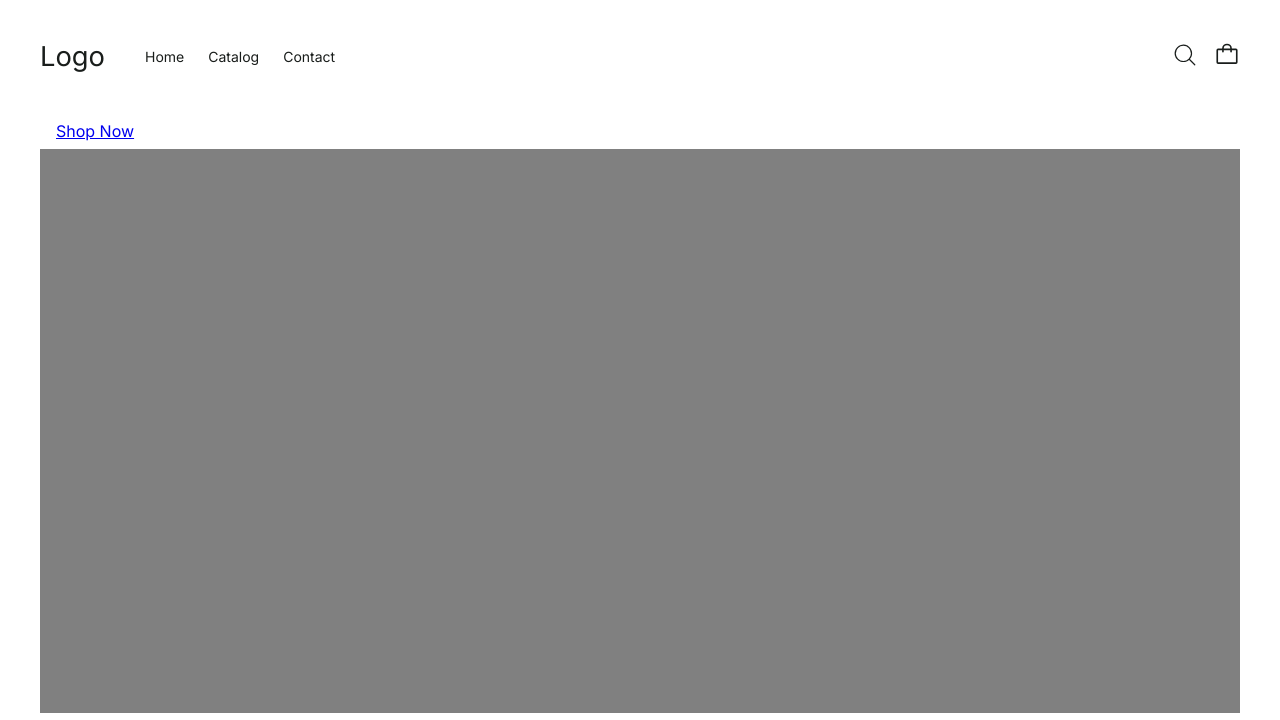
Repository: David-Waite/ecommercefrontendTemplate
Page: /
The author's editor kept a copy of each file at every save. The page is drawn from the files as they stood at one save, then again after the next save.
The browser window is 1280 px wide. The pictures show the whole page.
The project was rebuilt for these pictures with package versions that can differ from the ones it lists, and the page was loaded fresh each time. The framework's server and built-in components were replaced by stand-ins that run in the browser. Also part of the build but not shown: next.config.js.

Above is the page before, as saved 2023-08-24 19:24:41.

After the next save:
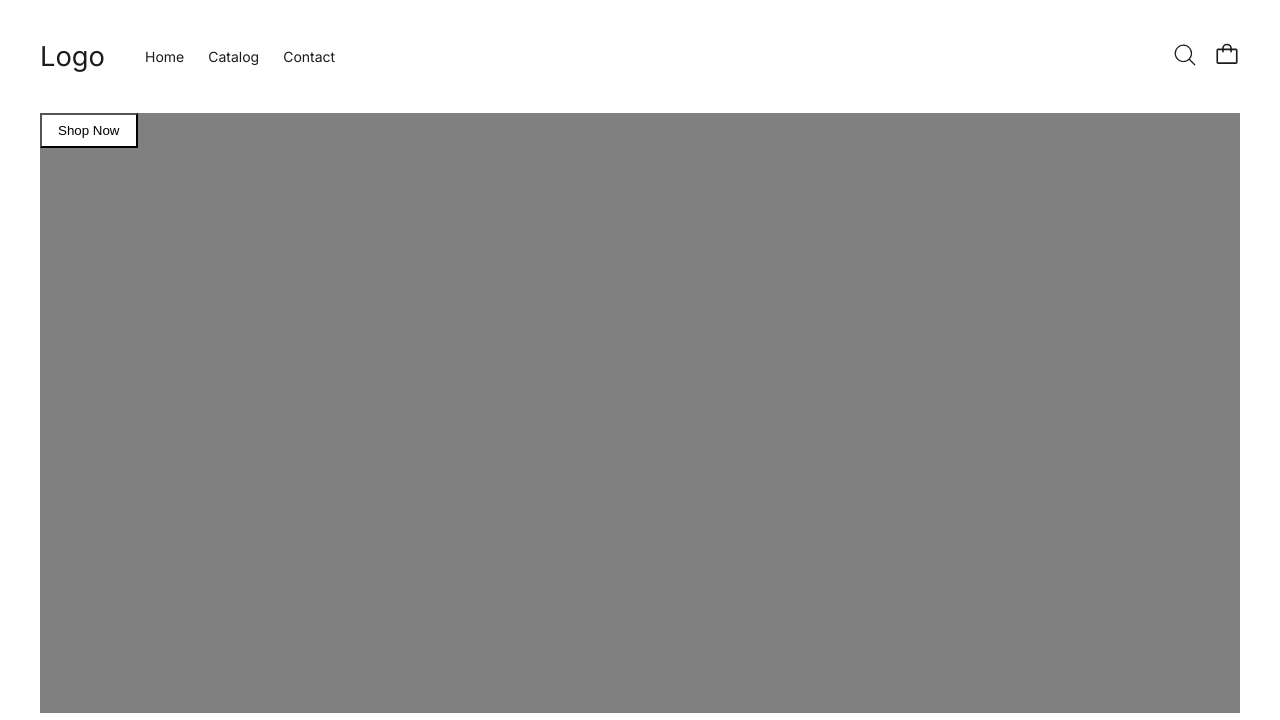
Saved 12 s later.
--- a/app/Components/UI/PrimaryButton/PrimaryButton.js
+++ b/app/Components/UI/PrimaryButton/PrimaryButton.js
@@ -3,8 +3,8 @@ import styles from "./PrimaryButton.module.css";
 
 export default function PrimaryButton({ text }) {
   return (
-    <div className={styles.container}>
+    <button className={styles.container}>
       <p>{text}</p>
-    </div>
+    </button>
   );
 }
